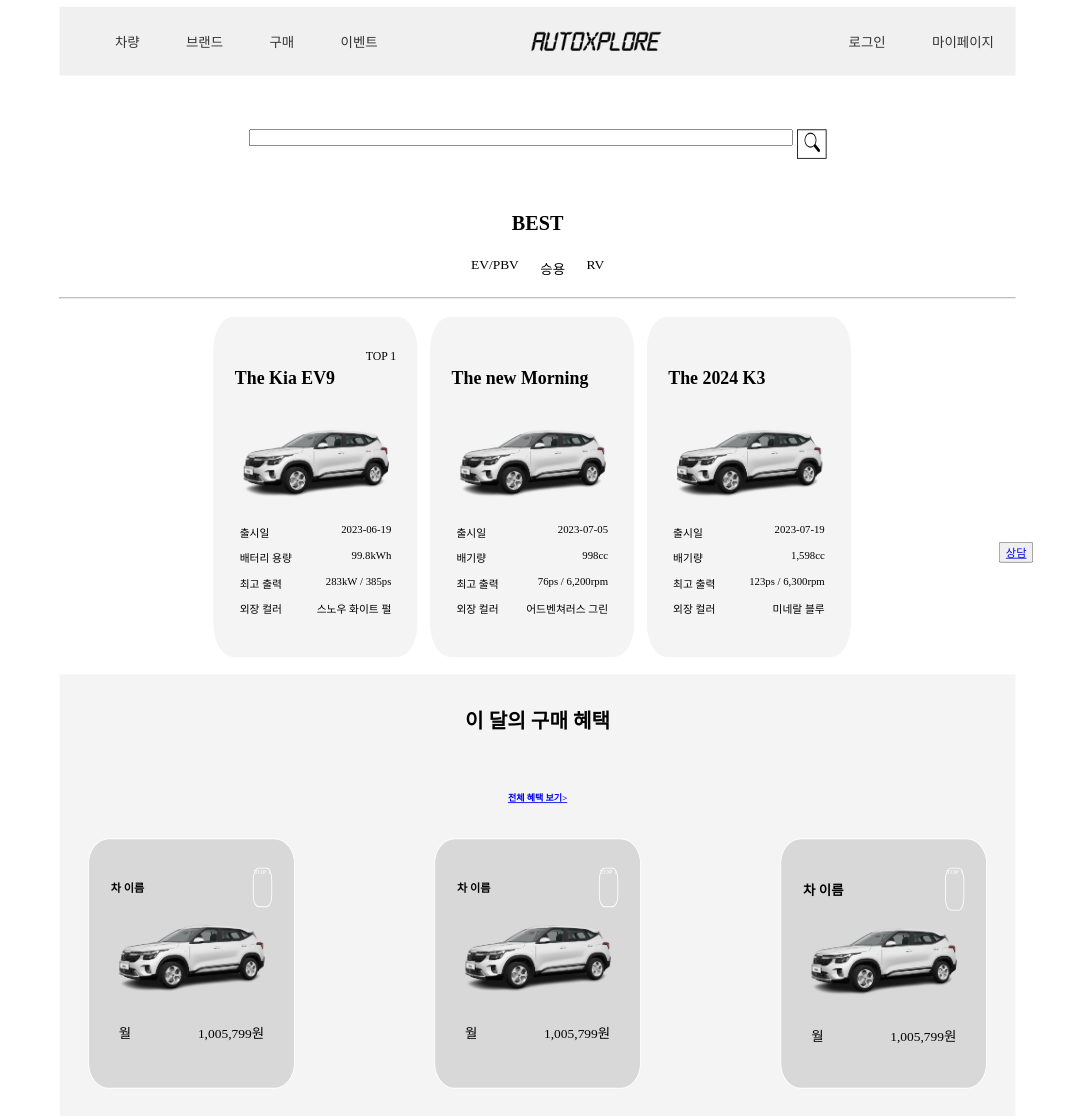
Repository: Autoxplore/Autoxplore
Page: mainPage.html
The author's editor kept a copy of each file at every save. The page is drawn from the files as they stood at one save, then again after the next save.
The browser window is 1280 px wide. The pictures show the part of the page from y = 0 to 1329 px (the page is 2409 px tall before and 2323 px after), at 84% of full size.
A picture or video elsewhere on the page could not be fetched, so the positions and the page height are approximate.

Above is the page before, as saved 2023-08-03 14:44:15.

### mainPage.html
<!DOCTYPE html>
<html lang="en">
<head>
    <meta charset="UTF-8">
    <meta name="viewport" content="width=device-width, initial-scale=1.0">
    <title>AUTOXPLORE MAIN</title>
    <link rel="stylesheet" href="harin_css/mainPage.css">
</head>
<body>
    <div id="wrap">
        <header>
            <nav class="header1">
                <ul>
                    <li><a href="#">차량</a></li>
                    <li><a href="#">브랜드</a></li>
                    <li><a href="#">구매</a></li>
                    <li><a href="#">이벤트</a></li>
                </ul>
            </nav>
                <a href="#" title="메인 페이지로 이동" ><img class="logo" src="image/logo/autoxplore.png" alt="AUTOXPLORE 로고"></a>
            <nav class="header2">
                <ul>
                    <li><a href="#">로그인</a></li>
                    <li><a href="#">마이페이지</a></li>
                </ul>
            </nav>
        </header>
        <section class="search">
            <input type="text">
            <button type="button" onclick="alert('click!')"><img src="image/search/search.png" alt="검색"></button>
        </section>
        <div>
            <div class="best">
                <h2>BEST</h2>
                <div>
                    <ul>
                        <li><a href="#">EV/PBV</a></li>
                        <li><a href="#">승용</a></li>
                        <li><a href="#">RV</a></li>
                    </ul>
                </div>
                <hr>
            </div>
            <div id="wrap1">
                <div class="bestContent">
                    <section class="car1">
                        <div class="cartop">
                            <h5>The Kia EV9</h5>
                            <p>TOP 1</p>
                        </div>
                        <div class="carContent">
                            <img class="carImg" src="/image/car/kia/seltos.png" alt="top1 car">
                            <ul>
                                <li>
                                    <div>출시일</div>
                                    <div>2023-06-19</div>
                                </li>
                                <li>
                                    <div>배터리 용량</div>
                                    <div>99.8kWh</div>
                                </li>
                                <li>
                                    <div>최고 출력</div>
                                    <div>283kW / 385ps</div>
                                </li>
                                <li>
                                    <div>외장 컬러</div>
                                    <div>스노우 화이트 펄</div>
                                </li>
                            </ul>
                        </div>
                    </section>
                    <section class="car1">
                        <div class="cartop">
                            <h5>The new Morning</h5>
                        </div>
                        <div class="carContent">
                            <img class="carImg" src="/image/car/kia/seltos.png" alt="top1 car">
                            <ul>
                                <li>
                                    <div>출시일</div>
                                    <div>2023-07-05</div>
                                </li>
                                <li>
                                    <div>배기량</div>
                                    <div>998cc</div>
                                </li>
                                <li>
                                    <div>최고 출력</div>
                                    <div>76ps / 6,200rpm</div>
                                </li>
                                <li>
                                    <div>외장 컬러</div>
                                    <div>어드벤쳐러스 그린</div>
                                </li>
                            </ul>
                        </div>
                    </section>
                    <section class="car1">
                        <div class="cartop">
                            <h5>The 2024 K3 </h5>
                        </div>
                        <div class="carContent">
                            <img class="carImg" src="/image/car/kia/seltos.png" alt="top1 car">
                            <ul>
                                <li>
                                    <div>출시일</div>
                                    <div>2023-07-19</div>
                                </li>
                                <li>
                                    <div>배기량</div>
                                    <div>1,598cc</div>
                                </li>
                                <li>
                                    <div>최고 출력</div>
                                    <div>123ps / 6,300rpm</div>
                                </li>
                                <li>
                                    <div>외장 컬러</div>
                                    <div>미네랄 블루</div>
                                </li>
                            </ul>
                        </div>
                    </section>
                </div>
            </div>
        </div>
        <div class="monthBenefit">
            <h2 class="benefit">이 달의 구매 혜택</h2>
            <h6><a href="#">전체 혜택 보기></a></h6>
            <div class="benefitContent">
                <section class="car2">
                    <div class="cartop2">
                        <h5>차 이름</h5>
                        <p>TOP 1</p>
                    </div>
                    <div class="carContent2">
                        <img class="carImg" src="/image/car/kia/seltos.png" alt="benefit car">
                        <ul>
                            <li>
                                <div>월</div>
                                <div>1,005,799원</div>
                            </li>
                        </ul>
                    </div>
                </section>
                <section class="car2">
                    <div class="cartop2">
                        <h5>차 이름</h5>
                        <p>TOP 1</p>
                    </div>
                    <div class="carContent2">
                        <img class="carImg" src="/image/car/kia/seltos.png" alt="benefit car">
                        <ul>
                            <li>
                                <div>월</div>
                                <div>1,005,799원</div>
                            </li>
                        </ul>
                    </div>
                </section>
                <section>
                    <section class="car2">
                        <div class="cartop2">
                            <h4>차 이름</h4>
                            <p>TOP 1</p>
                        </div>
                        <div class="carContent2">
                            <img class="carImg" src="/image/car/kia/seltos.png" alt="benefit car">
                            <ul>
                                <li>
                                    <div>월</div>
                                    <div>1,005,799원</div>
                                </li>
                            </ul>
                        </div>
                    </section>
                </section>
            </div>
        </div>
        <hr>
        <div class="news">
            <h2>NEWS</h2>
            <article>
                <section class="newsContent">
                    <div class="newsDetail">
                        <h4>우리 소식</h4>
                        <h3>소식 제목</h3>
                        <p>내용내용</p>
                        <br>
                        <input type="button">
                    </div>
                    <div>
                        <img src="image/car/kia/seltos_bg.png" alt="news image">
                    </div>
                </section>
            </article>
        </div>
        <div>
            <section class="newsPre">
                <ul>
                    <li>
                        <div><a href="#">뉴스
                            <br>
                            내용내용
                        </a></div>
                    </li>
                    <li>
                        <div><a href="#">뉴스
                            <br>
                            내용내용
                        </a></div>
                    </li>
                    <li>
                        <div><a href="#">뉴스
                            <br>
                            내용내용
                        </a></div>
                    </li>
                </ul>
            </section>
            <hr>
        </div>
    </div>
    <button class="consult"><a href="#">상담</a></button>
    </div>
        <footer><p>footer 입니다</p></footer>
</body>
</html>

### harin_css/mainPage.css
@media screen and (min-width:1024px),
screen and (min-height:1024px) and (orientation:landscape){

    #wrap{
        width: 90%;
        margin: 0 auto;
    }

    /* 헤더 */
    header{
        display: flex;
        flex-direction: row;
        justify-content: space-between;
        align-items: center;
        background: rgba(220, 216, 216, 0.39);
        margin: 0 auto;
    }

    nav{
        display: flex;
        flex-direction: row;
        justify-content: space-between;
        flex-wrap: wrap;
    }

    .header1{
        margin-right: auto;
    }

    .header2{
        margin-left: auto;
    }

    .logo{
        width: 10rem;
        display: block;
        margin: 0 auto;
    }

    nav ul li{
        display: inline-block;
        list-style: none;
        margin: 1vw;
    }

    nav li a{
        text-decoration: none;
        color: #333;
        padding: 1vw;
    }

    nav li a:hover{
        background-color: rgba(106, 106, 106, 0.497);
        color: white;
        border-radius: 5%;
        padding: 1vw;
    }

    /* 검색창 */
    .search{
        display: flex;
        justify-content: center;
        margin: 5vw;
    }

    .search input[type="text"]{
        width: 50vw;
        height: 2vh;
    }

    .search button{
        width: 35px;
        height: 35px;
        margin-left: 5px;
        background-color: transparent;
        border : 1px solid rgb(0, 0, 0);
    }

    .search button:hover{
        background-color: #b9b9b9;
    }

    .search button img{
        width: 20px;
        height: 25px;
    }

    /* best 섹션 */
    /* best 헤더 */
    .best h2{
        text-align: center;
    }

    .best ul{
        display: flex;
        justify-content: center;
        padding: 1vh;
    }

    .best ul li{
        display: inline-block;
        justify-content: center;
    }

    .best ul li:hover{
        font-weight: bold;
        text-decoration: underline;
    }

    .best ul li a{
        text-decoration: none;
        color: rgb(0, 0, 0);
        padding: 1vw;
    }

    /* best 내용 */
    #wrap1{
        width: 60%;
        margin: 0 auto;
    }

    .bestContent{
        display: flex;
        flex-direction: row;
        justify-content: center;
        margin: 3%;
    }

    .car1{
        width: 50%;
        height: auto;
        background-color: rgba(192, 192, 192, 0.185);
        border: 1px solid rgb(255, 255, 255);
        border-radius: 10%;
        padding: 2vw;
        margin-right: 1vw;
    }

    .car1:hover{
        background-color: rgba(109, 109, 109, 0.185);
        font-weight: bold;

    }

    .cartop{
        display: flex;
        flex-direction: row;
        justify-content: space-between;
        font-size: 2vw;
    }

    .cartop p{
        color: rgb(0, 0, 0);
        border-radius: 30%;
        font-size:14px;
        position: relative;
    }

    .carImg{
        display: block;
        width: 20vw;
        height: auto;
        transition: transform 0.3s ease;
    }

    .carImg:hover{
        transform: translateX(-50px);
    }

    .carContent ul{
        padding: 0;
    }

    .carContent ul li {
        display: flex;
        flex-direction: row;
        justify-content: space-between;
        padding: 3%;
        margin : 0;
        font-size: 1vw;
    }

    /* 이 달의 구매 혜택 섹션 */
    .monthBenefit{
        background-color: rgba(240, 240, 240, 0.747);
    }
    /* 이 달의 구매 혜택 헤더 */
    .monthBenefit h2, .monthBenefit h6{
        text-align: center;
        padding: 5vh;
        padding-bottom: 1vh;
    }

    /* 이 달의 구매 혜택 내용 */
    .benefitContent{
        display: flex;
        flex-direction: row;
        justify-content: space-between;
        margin: 3%;
    }

    .car2{
        width: 15vw;
        background-color: rgba(192, 192, 192, 0.523);
        border: 1px solid rgb(255, 255, 255);
        border-radius: 10%;
        padding: 2vw;
        margin-bottom: 5vh;
    }

    .cartop2{
        display: flex;
        flex-direction: row;
        justify-content: space-between;
    }

    .cartop2 p{
        color: white;
        border : 1px solid white;
        border-radius: 30%;
        font-size:8px;
    }

    .carImg{
        display: block;
        width: 15vw;
        height: auto;
    }

    .carContent2 ul{
        padding: 0;
    }

    .carContent2 ul li {
        display: flex;
        flex-direction: row;
        justify-content: space-between;
        padding: 5%;
        margin : 0;
    }

    .calculate{
        display: block;
        justify-content: center;
        background-color: rgba(192, 192, 192, 0.523);
        border: 1px solid rgb(255, 255, 255);
        border-radius: 10%;
        width: 50vw;
        height: auto;
        margin: 5vw;
    }

    .calculate h4{
        padding: 2vw;
    }

    .calculate ul{
        margin: 0;
    }

    .calculate ul li{
        display: flex;
        flex-direction: row;
        justify-content: space-between;
        align-items: center;
        padding: 1%;
    }

    /* news 섹션 */
    .news h2{
        text-align: center;
    }

    .newsContent{
        display: flex;
        flex-direction: row;
        justify-content: space-between;
        margin: 0 auto;
        background-color: rgb(186, 186, 186);
    }

    .newsDetail{
        margin: 3vw;
    }

    .newsContent img{
        width:60vw;
        height: auto;
    }

    .newsPre ul{
        display: flex;
        flex-direction: row;
        justify-content: space-between;
        flex-wrap: wrap;
    }

    .newsPre ul li{
        display: inline-block;
    }

    .newsPre ul li a{
        color: black;
        text-decoration: none;
    }

    /* 상담 버튼 */
    .consult{
        position: fixed;
        bottom: 50px;
        right: 50px;
    }


    /* footer 섹션 */
    footer{
        background-color: rgb(0, 0, 0);
    }

    footer p{
        padding: 10vw;
        color: white;
    }






}

After the next save:
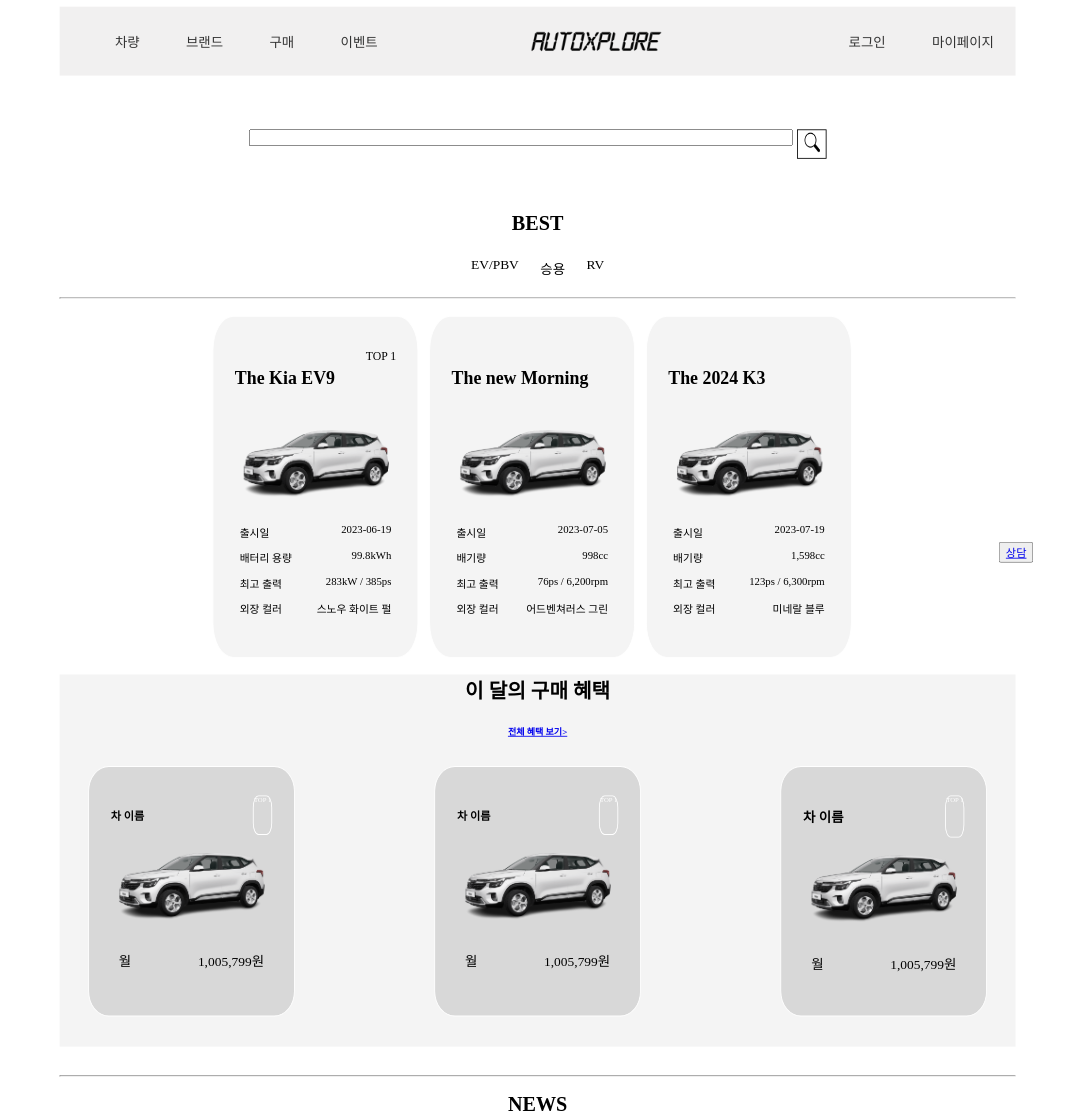
Saved 7 s later.
--- a/harin_css/mainPage.css
+++ b/harin_css/mainPage.css
@@ -187,8 +187,8 @@
     /* 이 달의 구매 혜택 헤더 */
     .monthBenefit h2, .monthBenefit h6{
         text-align: center;
-        padding: 5vh;
-        padding-bottom: 1vh;
+        /* padding: 5vh;
+        padding-bottom: 1vh; */
     }
 
     /* 이 달의 구매 혜택 내용 */

After the save that followed:
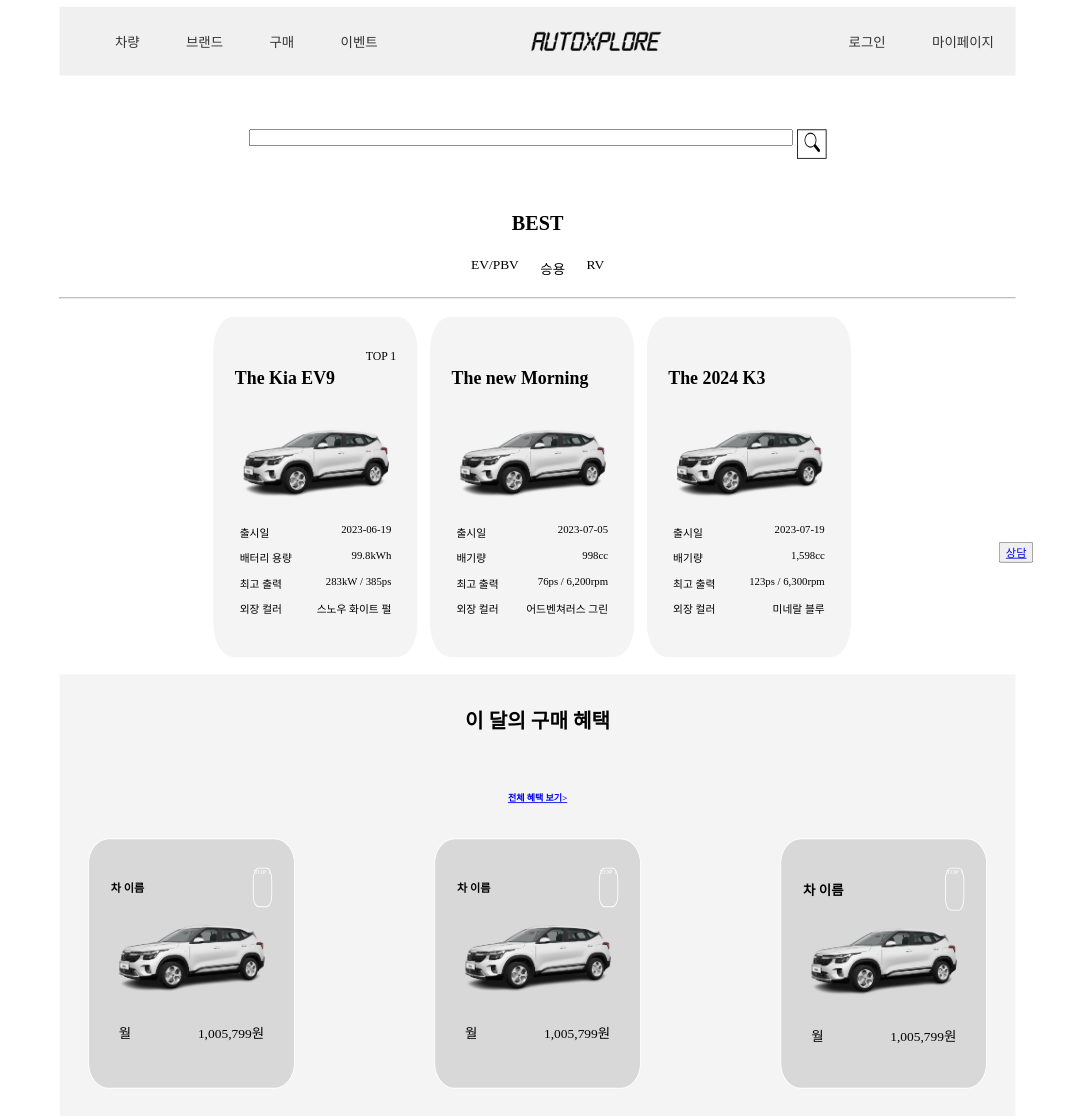
Saved 21 s later.
--- a/harin_css/mainPage.css
+++ b/harin_css/mainPage.css
@@ -185,10 +185,16 @@
         background-color: rgba(240, 240, 240, 0.747);
     }
     /* 이 달의 구매 혜택 헤더 */
-    .monthBenefit h2, .monthBenefit h6{
+    .monthBenefit h2{
         text-align: center;
-        /* padding: 5vh;
-        padding-bottom: 1vh; */
+        padding: 5vh;
+        padding-bottom: 1vh;
+    }
+
+    .monthBenefit h6{
+        text-align: center;
+        padding: 5vh;
+        padding-bottom: 1vh;
     }
 
     /* 이 달의 구매 혜택 내용 */
